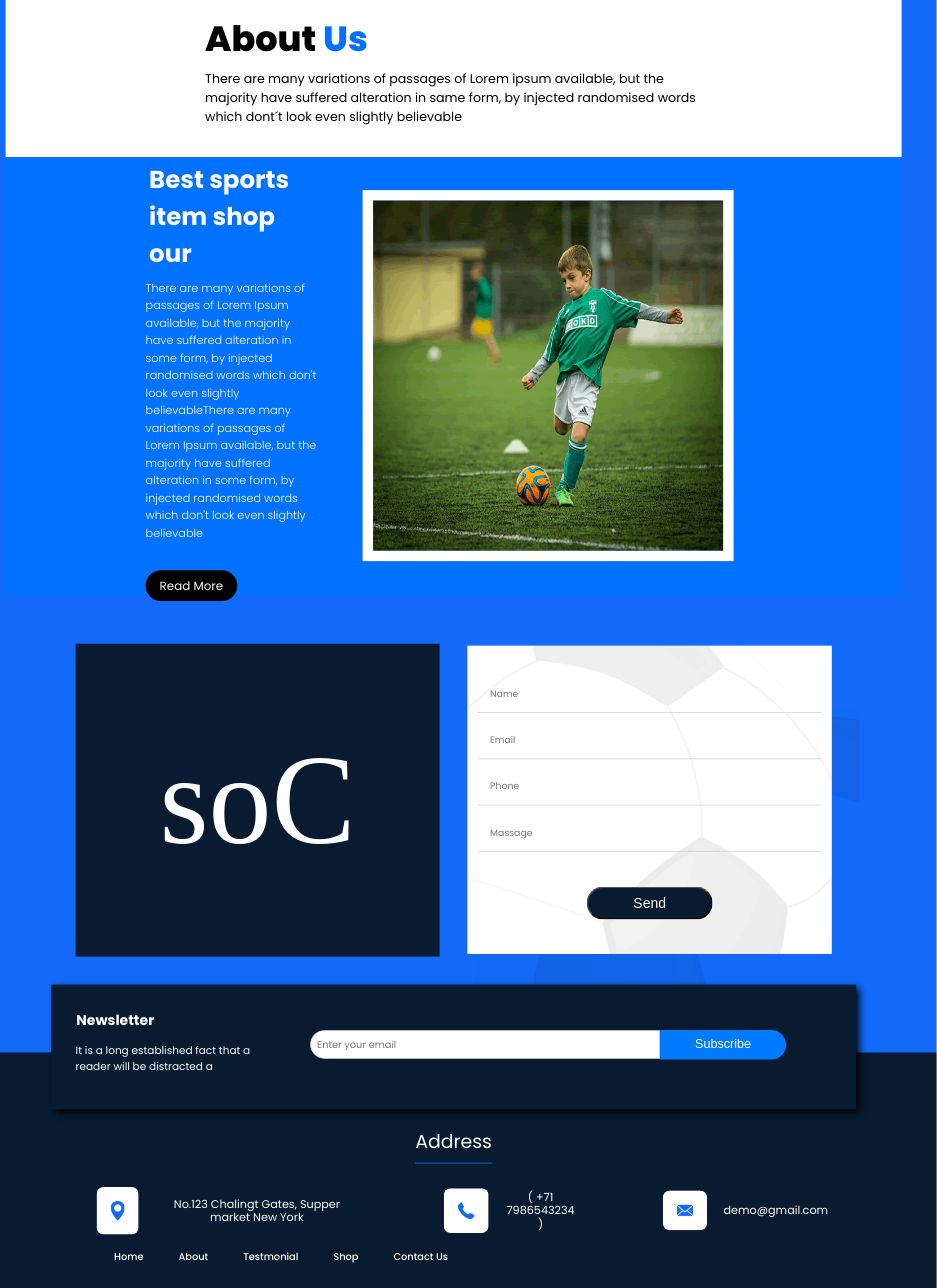
Repository: Vinicius9922/Projeto-Web
Page: index.html
These files come from the project's save history. The page is drawn as it stood at one moment and after a run of saves; the edit follows.
The browser window is 1280 px wide. The page is 1338 px wide, so the pictures cover 1338 px, including what lies to the right of the window. The pictures show the part of the page from y = 1902 to 3742 px (the page is 3742 px tall), at 70% of full size.
The pointer rests on the first visible `.menu_text ul`.

Above is the page before, as saved 2024-12-13 19:47:01.

After the next 4 saves:
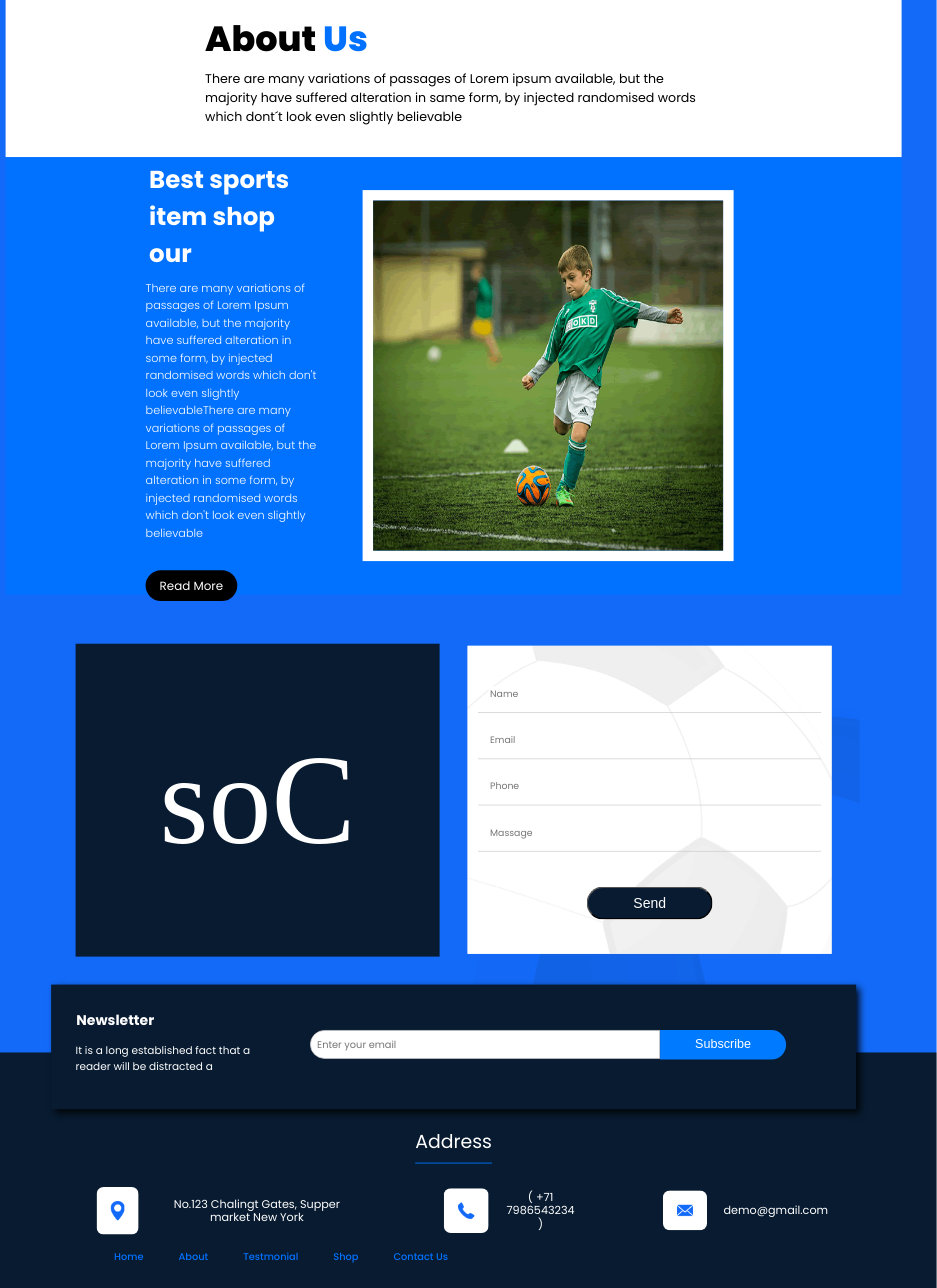
The 4 saves are shown as one change because they came seconds apart.
The last was saved 47 s later.
--- a/index.css
+++ b/index.css
@@ -465,5 +465,5 @@
 
 }
 .menu_text ul:hover{
-
-}
+    color:#0072ff;
+}

After the save that followed:
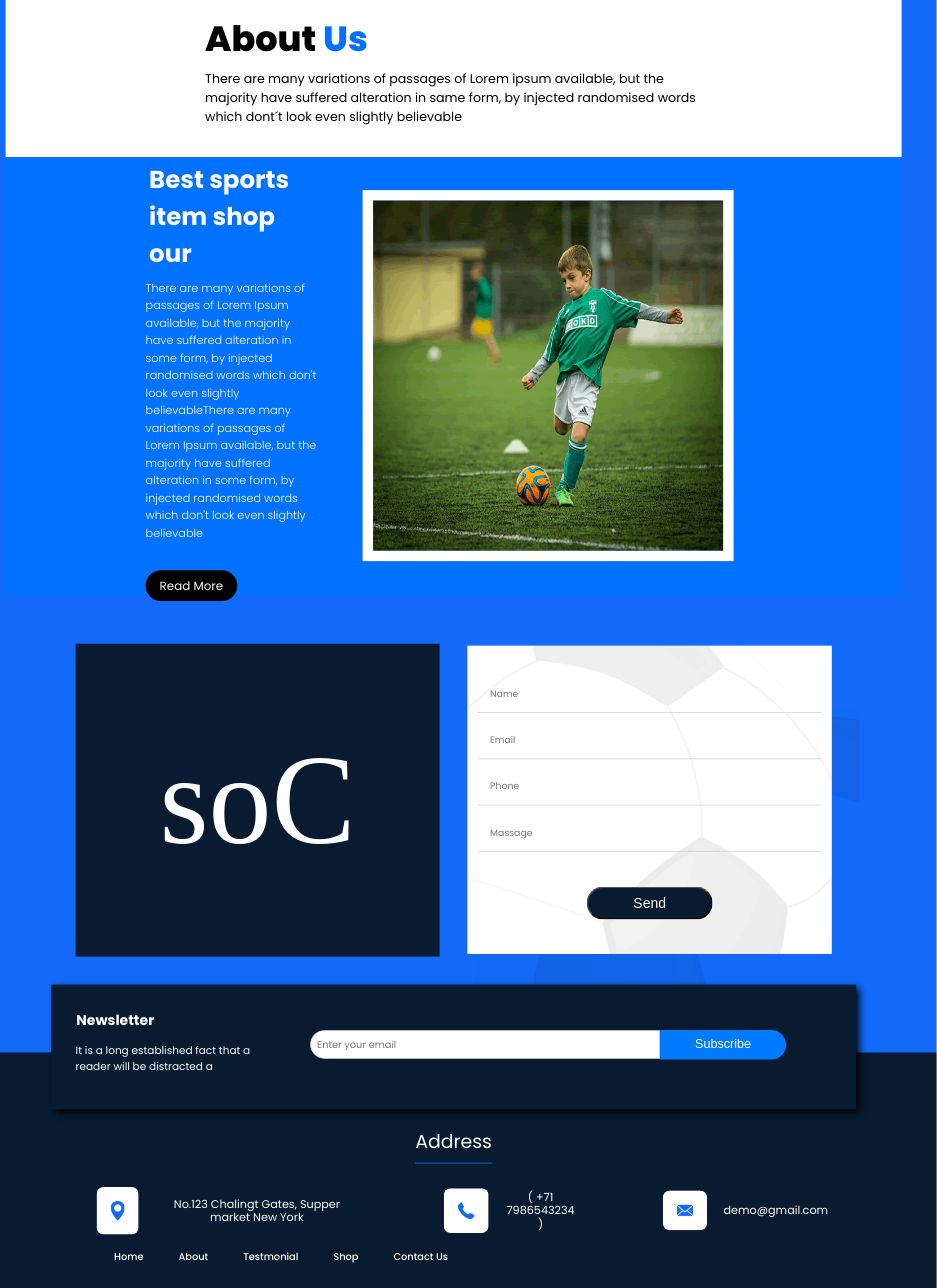
Saved 25 s later.
--- a/index.css
+++ b/index.css
@@ -464,6 +464,6 @@
     align-items:center;
 
 }
-.menu_text ul:hover{
+.menu_text li:hover{
     color:#0072ff;
 }
